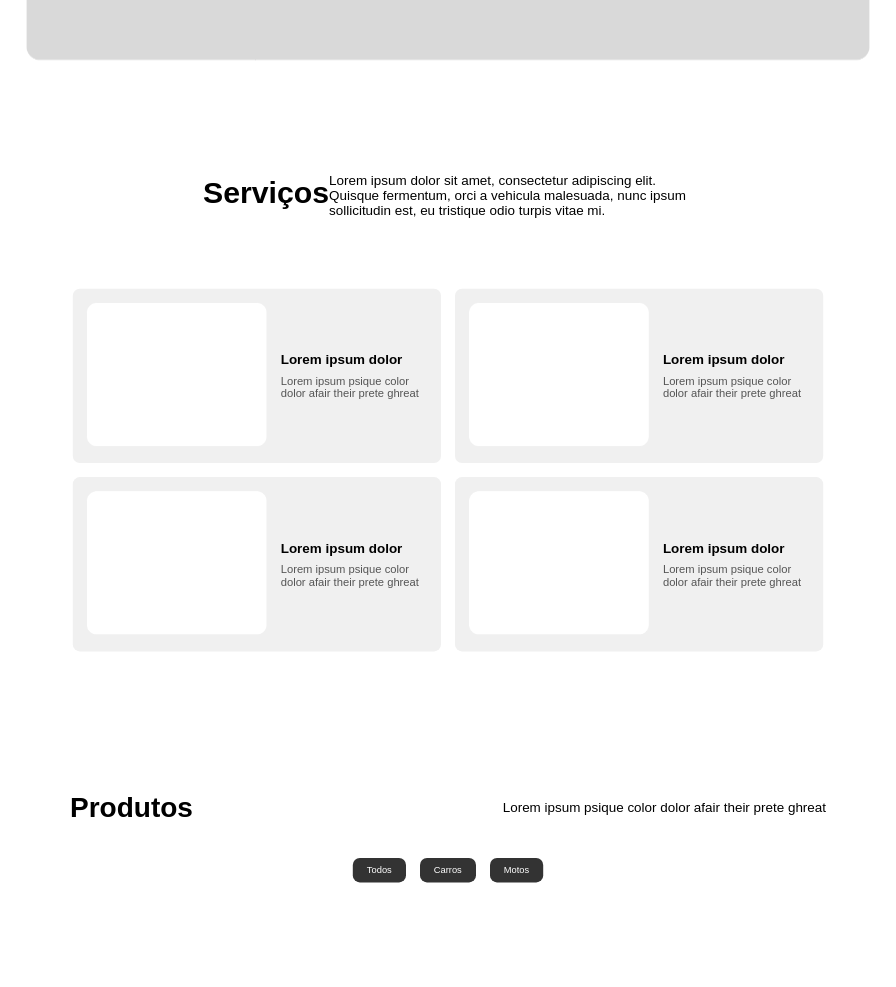
Repository: Matheus904-12/Reforma
Page: index.html
An editor plug-in stored every save of this project. The page is shown before and after a run of saves, followed by the edit.
The browser window is 1280 px wide. The pictures show the part of the page from y = 572 to 2492 px (the page is 1982 px tall before and 9465 px after), at 70% of full size.

Above is the page before, as saved 2024-07-31 20:51:19.

After the next 9 saves:
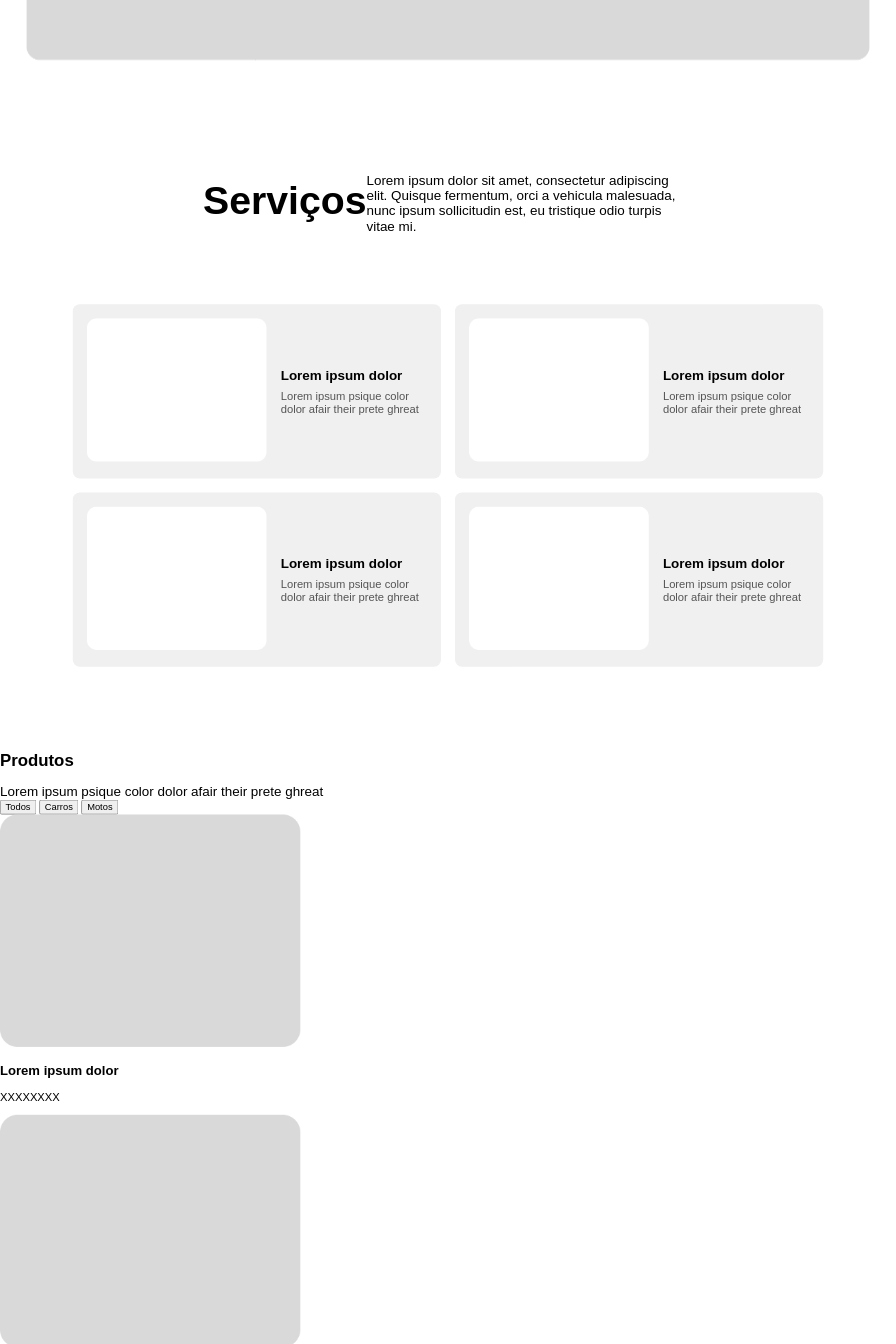
The 9 saves are shown as one change because they came seconds apart.
The last was saved 4 min 12 s later.
--- a/styles.css
+++ b/styles.css
@@ -136,7 +136,7 @@ header {
 }
 
 .servicos h2 {
-    font-size: 2.7em;
+    font-size: 3.5em;
     margin: 0 0 10px 0; /* Ajuste a margem inferior para aproximar do parágrafo */
     margin-left: 190px;
 }
@@ -184,92 +184,3 @@ header {
     margin: 0;
     color: #555;
 }
-
-.produtos {
-    padding: 100px;
-
-}
-
-.produtos-header {
-    display: flex;
-    justify-content: space-between;
-    align-items: center;
-    margin-bottom: 50px;
-}
-
-.produtos h2 {
-    font-size: 2.5em;
-    margin: 0;
-}
-
-.produtos .description {
-    font-size: 1.2em;
-    max-width: 600px;
-    margin: 0;
-}
-
-.filtros {
-    display: flex;
-    justify-content: center;
-    gap: 20px;
-    margin-bottom: 50px;
-}
-
-.filtro {
-    background-color: #333;
-    color: #fff;
-    border: none;
-    padding: 10px 20px;
-    border-radius: 10px;
-    cursor: pointer;
-    transition: background 0.3s;
-}
-
-.filtro:hover {
-    background-color: #555;
-}
-
-.produtos-container {
-    position: relative;
-}
-
-.carrossel {
-    display: none;
-    flex-wrap: nowrap;
-    overflow-x: auto;
-    gap: 20px;
-}
-
-.carrossel.active {
-    display: flex;
-}
-
-.produto-card {
-    display: flex;
-    flex-direction: column;
-    align-items: center;
-    background-color: #fff;
-    padding: 20px;
-    border-radius: 10px;
-    min-width: 300px;
-}
-
-.produto-image img {
-    width: 100%;
-    border-radius: 10px;
-    margin-bottom: 20px;
-}
-
-.produto-content {
-    text-align: center;
-}
-
-.produto-content h3 {
-    margin: 0 0 10px 0;
-    font-size: 1.2em;
-}
-
-.produto-content p {
-    margin: 0;
-    color: #555;
-}
